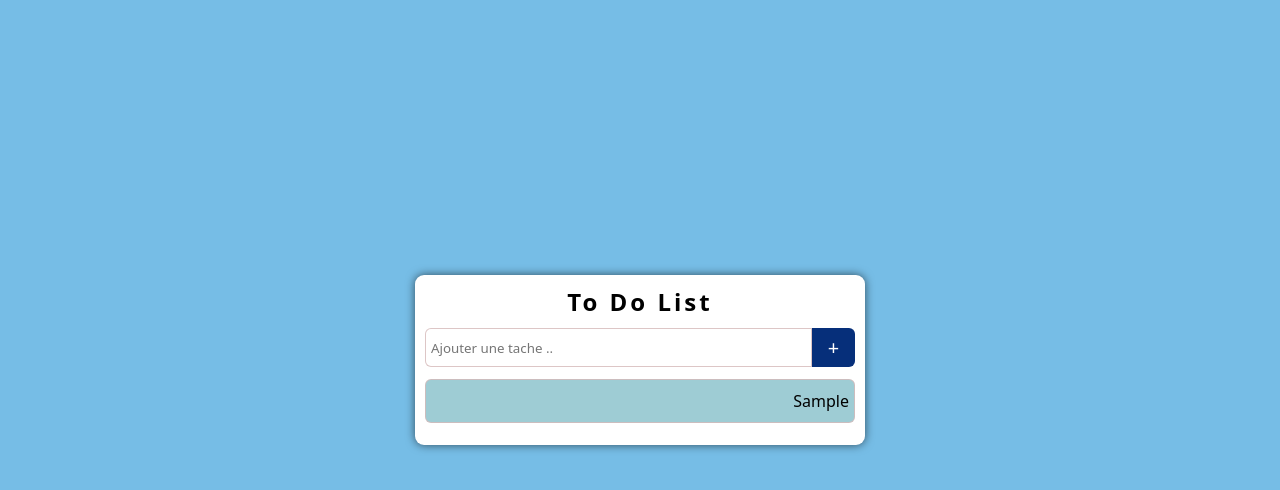
Repository: beva3/javaScrypt
Page: to-do-liste/index.html
The author's editor kept a copy of each file at every save. The page is drawn from the files as they stood at one save, then again after the next save.
The browser window is 1280 px wide. The pictures show the whole page.
Empty fields were first filled with sample values (such as "Sample", 5 or name@example.com).
After loading, the first visible `#addTodo` was clicked once.

Above is the page before, as saved 2024-05-08 21:30:47.

After the next save:
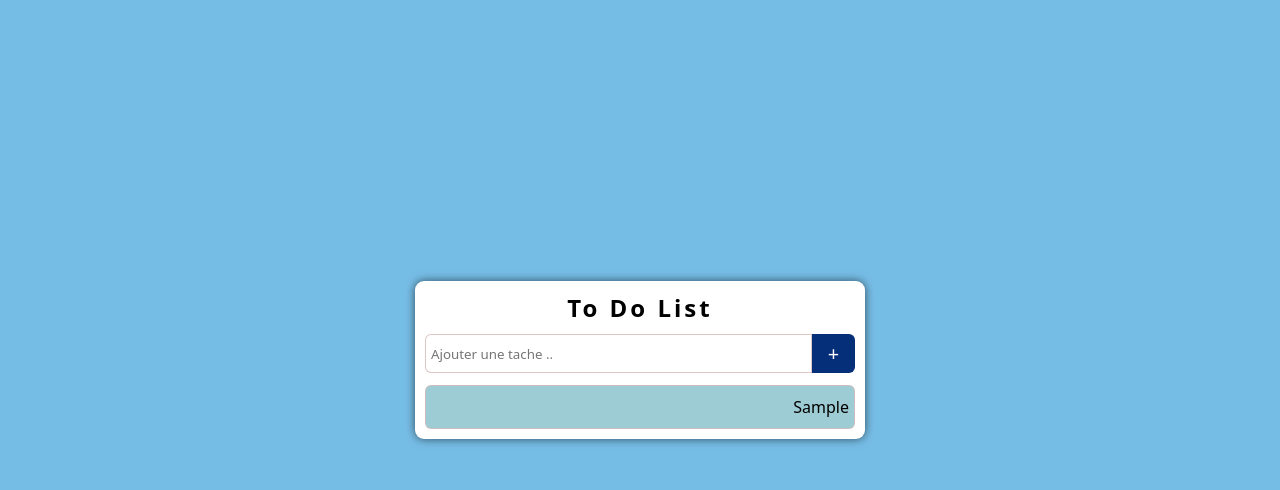
Saved 6 s later.
--- a/to-do-liste/style.css
+++ b/to-do-liste/style.css
@@ -59,5 +59,5 @@ h1{
     cursor:pointer;
 }
 .paragraph_style:last-child{
-    margin-bottom: px;
+    margin-bottom: 0px;
 }
